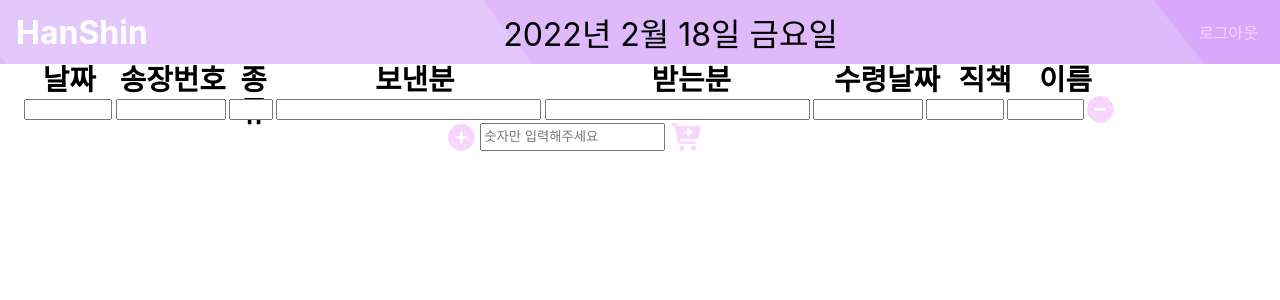
Repository: SeungYn/hanshinClient
Page: /add
The author's editor kept a copy of each file at every save. The page is drawn from the files as they stood at one save, then again after the next save.
The browser window is 1280 px wide. The pictures show the whole page.
The project was rebuilt for these pictures with package versions that can differ from the ones it lists, and the page was loaded fresh each time. Also part of the build but not shown: src/App.css, src/components/item/item.jsx, src/components/package/package.jsx.

Above is the page before, as saved 2022-02-20 12:49:10.

After the next save:
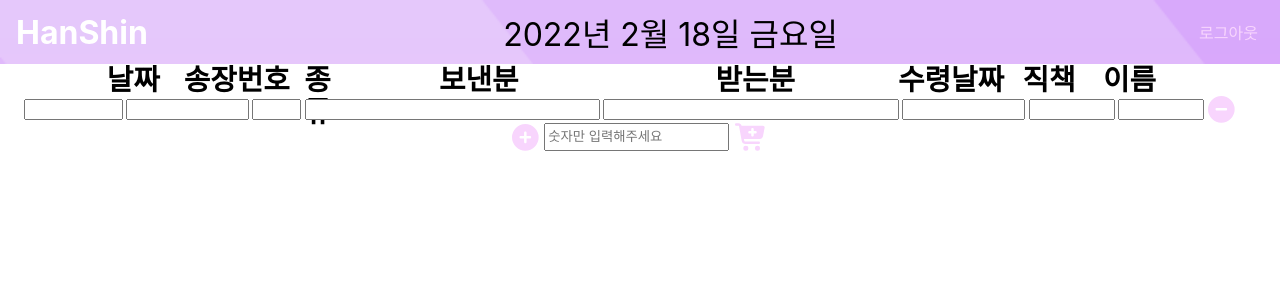
Saved 8 s later.
--- a/src/addboxs/addBoxs.module.css
+++ b/src/addboxs/addBoxs.module.css
@@ -3,7 +3,7 @@ input:focus {
 }
 
 .addContainer {
-  width: 90%;
+  width: 100%;
   height: 100%;
   display: flex;
   flex-direction: column;
@@ -11,7 +11,7 @@ input:focus {
 }
 
 .addFormHeader {
-  width: 100%;
+  width: 90%;
   display: grid;
   grid-template-columns: 8% 10% 4% 24% 24% 10% 7% 7% 2%;
   height: 2rem;
